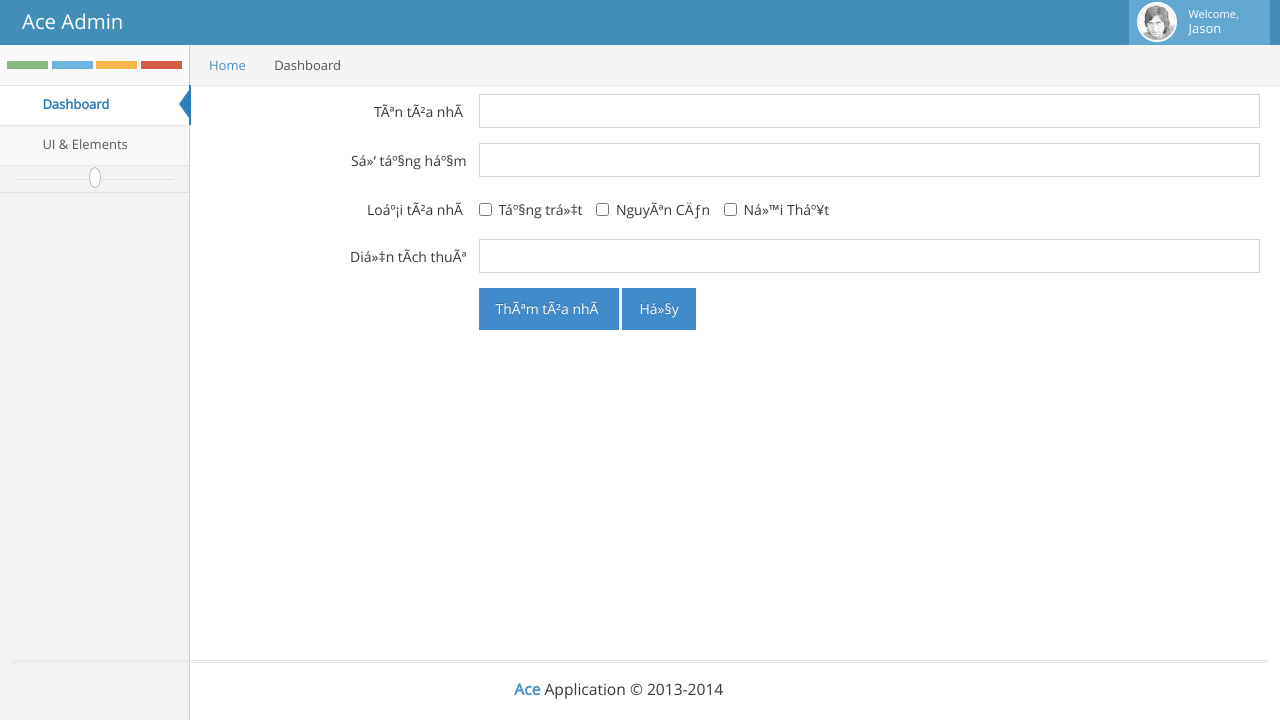
Repository: vythisang/BuildFramework
Page: http://localhost/java-console/views/admin/building/edit.jsp
These files come from the project's save history. The page is drawn as it stood at one moment and after the next save; the edit follows.
The browser window is 1280 px wide. The pictures show the whole page.
Some icons come from a web library that is not loaded, so they are not drawn. The page is served by Tomcat 9. Nobody is signed in. The application's start-up code is not run. Other server files are loaded and not shown.

Above is the page before, as saved 2019-12-14 14:51:24.

### workspace-java-console/java-console/src/main/webapp/views/admin/building/edit.jsp
<!DOCTYPE html>
<html lang="en">
	<head>
		<meta http-equiv="X-UA-Compatible" content="IE=edge,chrome=1" />
		<meta charset="utf-8" />
		<title>Dashboard - Ace Admin</title>
		<meta name="description" content="overview &amp; stats" />
		<meta name="viewport" content="width=device-width, initial-scale=1.0, maximum-scale=1.0" />
		<link rel="stylesheet" href="assets/css/bootstrap.min.css" />
		<link rel="stylesheet" href="assets/font-awesome/4.2.0/css/font-awesome.min.css" />
		<link rel="stylesheet" href="assets/fonts/fonts.googleapis.com.css" />
		<link rel="stylesheet" href="assets/css/ace.min.css" class="ace-main-stylesheet" id="main-ace-style" />
		<script src="assets/js/ace-extra.min.js"></script>

	</head>

	<body class="no-skin">
		<div id="navbar" class="navbar navbar-default">
			<script type="text/javascript">
				try{ace.settings.check('navbar' , 'fixed')}catch(e){}
			</script>

			<div class="navbar-container" id="navbar-container">
				<button type="button" class="navbar-toggle menu-toggler pull-left" id="menu-toggler" data-target="#sidebar">
					<span class="sr-only">Toggle sidebar</span>

					<span class="icon-bar"></span>

					<span class="icon-bar"></span>

					<span class="icon-bar"></span>
				</button>

				<div class="navbar-header pull-left">
					<a href="index.html" class="navbar-brand">
						<small>
							<i class="fa fa-leaf"></i>
							Ace Admin
						</small>
					</a>
				</div>

				<div class="navbar-buttons navbar-header pull-right" role="navigation">
					<ul class="nav ace-nav">
						<li class="light-blue">
							<a data-toggle="dropdown" href="#" class="dropdown-toggle">
								<img class="nav-user-photo" src="assets/avatars/user.jpg" alt="Jason's Photo" />
								<span class="user-info">
									<small>Welcome,</small>
									Jason
								</span>

								<i class="ace-icon fa fa-caret-down"></i>
							</a>

							<ul class="user-menu dropdown-menu-right dropdown-menu dropdown-yellow dropdown-caret dropdown-close">
								<li>
									<a href="#">
										<i class="ace-icon fa fa-cog"></i>
										Settings
									</a>
								</li>

								<li>
									<a href="profile.html">
										<i class="ace-icon fa fa-user"></i>
										Profile
									</a>
								</li>

								<li class="divider"></li>

								<li>
									<a href="#">
										<i class="ace-icon fa fa-power-off"></i>
										Logout
									</a>
								</li>
							</ul>
						</li>
					</ul>
				</div>
			</div><!-- /.navbar-container -->
		</div>

		<div class="main-container" id="main-container">
			<script type="text/javascript">
				try{ace.settings.check('main-container' , 'fixed')}catch(e){}
			</script>

			<div id="sidebar" class="sidebar                  responsive">
				<script type="text/javascript">
					try{ace.settings.check('sidebar' , 'fixed')}catch(e){}
				</script>

				<div class="sidebar-shortcuts" id="sidebar-shortcuts">
					<div class="sidebar-shortcuts-large" id="sidebar-shortcuts-large">
						<button class="btn btn-success">
							<i class="ace-icon fa fa-signal"></i>
						</button>

						<button class="btn btn-info">
							<i class="ace-icon fa fa-pencil"></i>
						</button>

						<button class="btn btn-warning">
							<i class="ace-icon fa fa-users"></i>
						</button>

						<button class="btn btn-danger">
							<i class="ace-icon fa fa-cogs"></i>
						</button>
					</div>

					<div class="sidebar-shortcuts-mini" id="sidebar-shortcuts-mini">
						<span class="btn btn-success"></span>

						<span class="btn btn-info"></span>

						<span class="btn btn-warning"></span>

						<span class="btn btn-danger"></span>
					</div>
				</div><!-- /.sidebar-shortcuts -->

				<ul class="nav nav-list">
					<li class="active">
						<a href="index.html">
							<i class="menu-icon fa fa-tachometer"></i>
							<span class="menu-text"> Dashboard </span>
						</a>

						<b class="arrow"></b>
					</li>

					<li class="">
						<a href="#" class="dropdown-toggle">
							<i class="menu-icon fa fa-desktop"></i>
							<span class="menu-text">
								UI &amp; Elements
							</span>

							<b class="arrow fa fa-angle-down"></b>
						</a>

						<b class="arrow"></b>

						<ul class="submenu">

							<li class="">
								<a href="typography.html">
									<i class="menu-icon fa fa-caret-right"></i>
									Typography
								</a>
								<b class="arrow"></b>
							</li>
						</ul>
					</li>


				</ul><!-- /.nav-list -->

				<div class="sidebar-toggle sidebar-collapse" id="sidebar-collapse">
					<i class="ace-icon fa fa-angle-double-left" data-icon1="ace-icon fa fa-angle-double-left" data-icon2="ace-icon fa fa-angle-double-right"></i>
				</div>

				<script type="text/javascript">
					try{ace.settings.check('sidebar' , 'collapsed')}catch(e){}
				</script>
			</div>

			<div class="main-content">
				<div class="main-content-inner">
					<div class="breadcrumbs" id="breadcrumbs">
						<script type="text/javascript">
							try{ace.settings.check('breadcrumbs' , 'fixed')}catch(e){}
						</script>

						<ul class="breadcrumb">
							<li>
								<i class="ace-icon fa fa-home home-icon"></i>
								<a href="#">Home</a>
							</li>
							<li class="active">Dashboard</li>
						</ul><!-- /.breadcrumb -->

					</div>

					<div class="page-content">
						<div class="row">
							<div class="col-xs-12">
								<form class="form-horizontal" id="formEdit">
									<div class="form-group">
										<label class="col-sm-3 control-label no-padding-right" for="name"> Tên tòa nhà </label>

										<div class="col-sm-9">
											<input type="text" id="name"  class="form-control" name="name" />
										</div>
									</div>
									<div class="form-group">
										<label class="col-sm-3 control-label no-padding-right" for="numberOfBasement"> Số tầng hầm </label>

										<div class="col-sm-9">
											<input type="number" id="numberOfBasement"  class="form-control" name="numberOfBasement" />
										</div>
									</div>
									<div class="form-group">
										<label class="col-sm-3 control-label no-padding-right" > Loại tòa nhà </label>

										<div class="col-sm-9">
											<label class="checkbox-inline"><input type="checkbox" value="TANG_TRET" id="buildingTypes" name="buildingTypes">Tầng trệt</label>
											<label class="checkbox-inline"><input type="checkbox" value="NGUYEN_CAN" id="buildingTypes" name="buildingTypes">Nguyên Căn</label>
											<label class="checkbox-inline"><input type="checkbox" value="NOI_THAT" id="buildingTypes" name="buildingTypes">Nội Thất</label>
										</div>
									</div>
									<div class="form-group">
										<label class="col-sm-3 control-label no-padding-right" for="areaRent"> Diện tích thuê </label>
										<div class="col-sm-9">
											<input type="text" id="areaRent"  class="form-control" name="areaRent" />
										</div>
									</div>
									<div class="form-group">
										<label class="col-sm-3 control-label no-padding-right" ></label>
										<div class="col-sm-9">
											<button type="button" class="btn btn-primary" id="btnAddBuilding">Thêm tòa nhà</button>
											<button type="button" class="btn btn-primary">Hủy</button>
										</div>
									</div>
								</form>

							</div>
						</div><!-- /.page-header -->


					</div>
				</div><!-- /.main-content -->

			<div class="footer">
				<div class="footer-inner">
					<div class="footer-content">
						<span class="bigger-120">
							<span class="blue bolder">Ace</span>
							Application &copy; 2013-2014
						</span>

						&nbsp; &nbsp;
						<span class="action-buttons">
							<a href="#">
								<i class="ace-icon fa fa-twitter-square light-blue bigger-150"></i>
							</a>

							<a href="#">
								<i class="ace-icon fa fa-facebook-square text-primary bigger-150"></i>
							</a>

							<a href="#">
								<i class="ace-icon fa fa-rss-square orange bigger-150"></i>
							</a>
						</span>
					</div>
				</div>
			</div>

			<a href="#" id="btn-scroll-up" class="btn-scroll-up btn btn-sm btn-inverse">
				<i class="ace-icon fa fa-angle-double-up icon-only bigger-110"></i>
			</a>
		</div><!-- /.main-container -->

		<!-- basic scripts -->

		<!-- Modal -->
		<div class="modal fade" id="assignmentBuildingModal" role="dialog">
			<div class="modal-dialog">

			  <!-- Modal content-->
			  <div class="modal-content">
				<div class="modal-header">
				  <button type="button" class="close" data-dismiss="modal">&times;</button>
				  <h4 class="modal-title">Danh sách nhân viên </h4>
				</div>
				<div class="modal-body">
				  <p>Some text in the modal.</p>
				</div>
				<div class="modal-footer">
					<button type="button" class="btn btn-default" data-dismiss="modal">Giao tòa nhà</button>
				  	<button type="button" class="btn btn-default" data-dismiss="modal">Đóng</button>
				</div>
			  </div>

			</div>
		</div>
		<script src="assets/js/jquery.2.1.1.min.js"></script>

		<script>
			$('#btnAddBuilding').click(function(){
				//call api add building
				var data = {};
				var buildingTypes = [];
				var formData = $('#formEdit').serializeArray();
				$.each(formData, function (index, v) {
					 if(v.name == 'buildingTypes'){
						buildingTypes.push(v.value);
					 }else{
						data[""+v.name+""] = v.value;
					 }

				});
				data['buildingTypes'] = buildingTypes;
				$.ajax({
					type: "POST",
					url: "http://localhost:8080/api-building",
					data: JSON.stringify(data),
					dataType: "json",
					contentType:"application/json",
					success: function (response) {
						console.log('success');
					},
					error: function (response) {
						console.log('fail');
						console.log(response);
					}
				});
			});
		</script>

		<!--[if !IE]> -->

		<!-- <![endif]-->


		<!--[if IE]>
<script src="assets/js/jquery.1.11.1.min.js"></script>
<![endif]-->

		<!--[if !IE]> -->
		<script type="text/javascript">
			window.jQuery || document.write("<script src='assets/js/jquery.min.js'>"+"<"+"/script>");
		</script>

		<!-- <![endif]-->

		<!--[if IE]>
<script type="text/javascript">
 window.jQuery || document.write("<script src='assets/js/jquery1x.min.js'>"+"<"+"/script>");
</script>
<![endif]-->
		<script type="text/javascript">
			if('ontouchstart' in document.documentElement) document.write("<script src='assets/js/jquery.mobile.custom.min.js'>"+"<"+"/script>");
		</script>
		<script src="assets/js/bootstrap.min.js"></script>

		<!-- page specific plugin scripts -->

		<!--[if lte IE 8]>
		  <script src="assets/js/excanvas.min.js"></script>
		<![endif]-->
		<script src="assets/js/jquery-ui.custom.min.js"></script>
		<script src="assets/js/jquery.ui.touch-punch.min.js"></script>
		<script src="assets/js/jquery.easypiechart.min.js"></script>
		<script src="assets/js/jquery.sparkline.min.js"></script>
		<script src="assets/js/jquery.flot.min.js"></script>
		<script src="assets/js/jquery.flot.pie.min.js"></script>
		<script src="assets/js/jquery.flot.resize.min.js"></script>

		<!-- ace scripts -->
		<script src="assets/js/ace-elements.min.js"></script>
		<script src="assets/js/ace.min.js"></script>


	</body>
</html>

Loaded but not shown: workspace-java-console/java-console/src/main/webapp/template/admin/assets/css/bootstrap.min.css (library); workspace-java-console/java-console/src/main/webapp/template/admin/assets/fonts/fonts.googleapis.com.css (common file); workspace-java-console/java-console/src/main/webapp/template/admin/assets/css/ace.min.css (library); workspace-java-console/java-console/src/main/webapp/template/admin/assets/js/ace-extra.min.js (library); workspace-java-console/java-console/src/main/webapp/template/admin/assets/js/jquery.2.1.1.min.js (library); workspace-java-console/java-console/src/main/webapp/template/admin/assets/js/bootstrap.min.js (library); workspace-java-console/java-console/src/main/webapp/template/admin/assets/js/jquery-ui.custom.min.js (library); workspace-java-console/java-console/src/main/webapp/template/admin/assets/js/jquery.ui.touch-punch.min.js (common file); workspace-java-console/java-console/src/main/webapp/template/admin/assets/js/jquery.easypiechart.min.js (library); workspace-java-console/java-console/src/main/webapp/template/admin/assets/js/jquery.sparkline.min.js (library); workspace-java-console/java-console/src/main/webapp/template/admin/assets/js/jquery.flot.min.js (library); workspace-java-console/java-console/src/main/webapp/template/admin/assets/js/jquery.flot.pie.min.js (library); workspace-java-console/java-console/src/main/webapp/template/admin/assets/js/jquery.flot.resize.min.js (common file); workspace-java-console/java-console/src/main/webapp/template/admin/assets/js/ace-elements.min.js (library); workspace-java-console/java-console/src/main/webapp/template/admin/assets/js/ace.min.js (library)

After the next save:
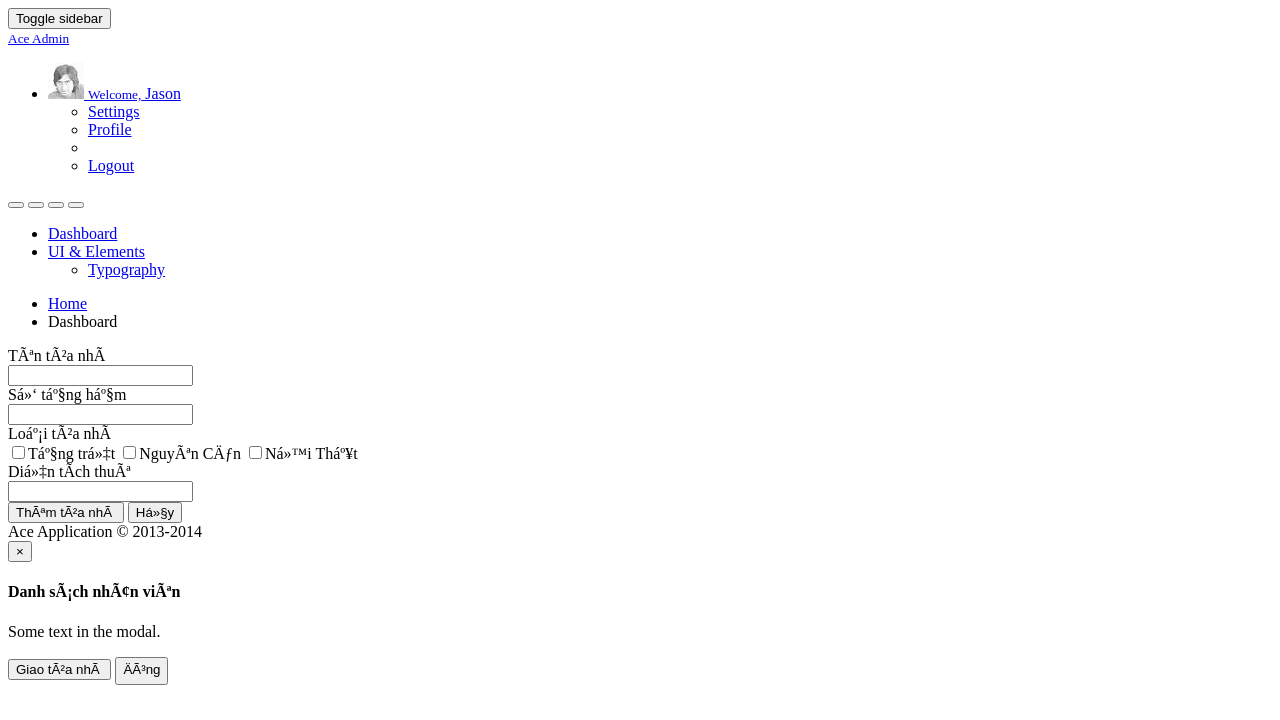
Saved 93 s later.
--- a/workspace-java-console/java-console/src/main/webapp/views/admin/building/edit.jsp
+++ b/workspace-java-console/java-console/src/main/webapp/views/admin/building/edit.jsp
@@ -1,16 +1,8 @@
 <!DOCTYPE html>
 <html lang="en">
 	<head>
-		<meta http-equiv="X-UA-Compatible" content="IE=edge,chrome=1" />
 		<meta charset="utf-8" />
 		<title>Dashboard - Ace Admin</title>
-		<meta name="description" content="overview &amp; stats" />
-		<meta name="viewport" content="width=device-width, initial-scale=1.0, maximum-scale=1.0" />
-		<link rel="stylesheet" href="assets/css/bootstrap.min.css" />
-		<link rel="stylesheet" href="assets/font-awesome/4.2.0/css/font-awesome.min.css" />
-		<link rel="stylesheet" href="assets/fonts/fonts.googleapis.com.css" />
-		<link rel="stylesheet" href="assets/css/ace.min.css" class="ace-main-stylesheet" id="main-ace-style" />
-		<script src="assets/js/ace-extra.min.js"></script>
 
 	</head>
 
